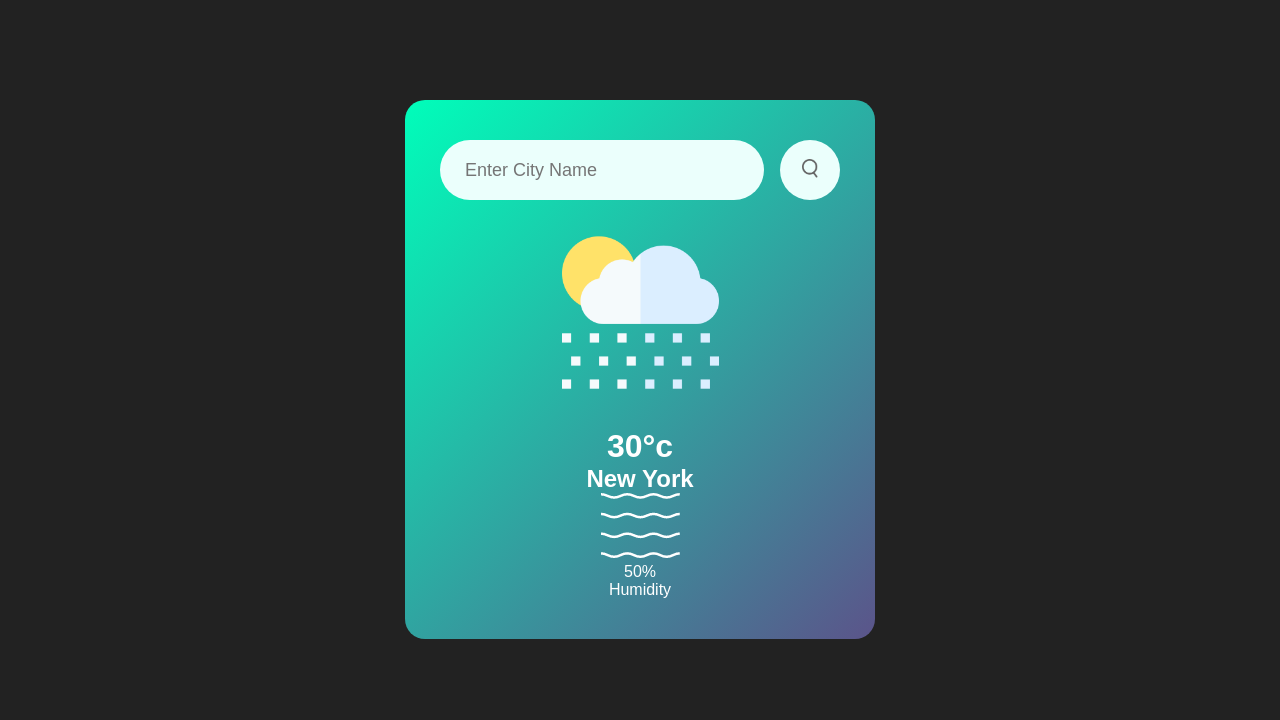
Repository: dubeprince/WeatherApp-Project
Page: WeatherApp/index.html
An editor plug-in stored every save of this project. The page is shown before and after the next save, followed by the edit.
The browser window is 1280 px wide. The pictures show the whole page.

Above is the page before, as saved 2023-05-26 11:08:08.

After the next save:
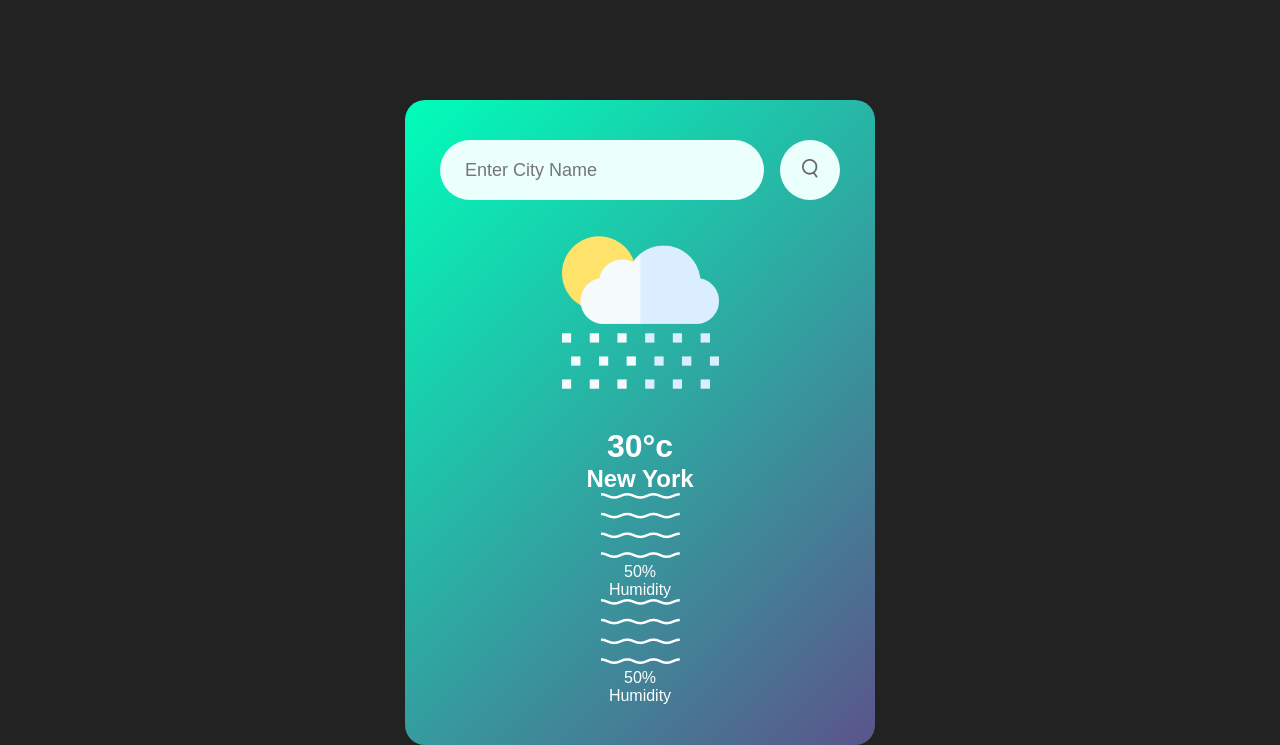
Saved 39 s later.
--- a/WeatherApp/index.html
+++ b/WeatherApp/index.html
@@ -26,6 +26,13 @@
                         <p>Humidity</p>
                     </div>
                 </div>
+                <div class="col">
+                    <img src="images/humidity.png" >
+                    <div>
+                        <p class="humidity">50%</p>
+                        <p>Humidity</p>
+                    </div>
+                </div>
             </div>
         </div>
     </div>
